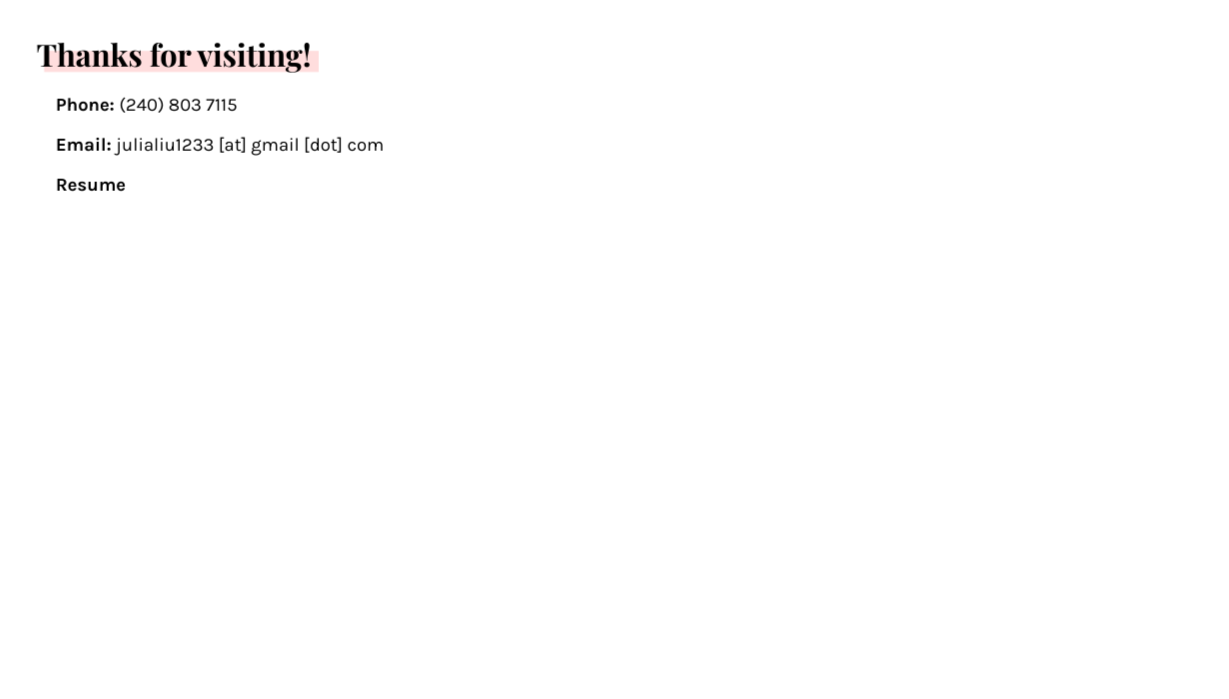
Repository: liu-julia/liu-julia.github.io
Page: contact.html
An editor plug-in stored every save of this project. The page is shown before and after a run of saves, followed by the edit.
The browser window is 1280 px wide. The pictures show the whole page, at 96% of full size.

Above is the page before, as saved 2022-04-28 12:26:08.

### contact.html
<!DOCTYPE html>
<html lang="en">
<head>
    <meta charset="UTF-8">
    <meta http-equiv="X-UA-Compatible" content="IE=edge">
    <meta name="viewport" content="width=device-width, initial-scale=1.0">
    <link rel="preconnect" href="https://fonts.googleapis.com">
    <link rel="preconnect" href="https://fonts.gstatic.com" crossorigin>
    <link href="https://fonts.googleapis.com/css2?family=Karla:wght@300;400;700&family=Open+Sans:wght@300;400;700&family=Playfair+Display:wght@400;700&family=Prata&display=swap" rel="stylesheet">
    <link rel="stylesheet" href="css/styles.css">
    <link rel="icon" href="images/jllogo.png">
    <script src="js/scripts.js"></script>
    <title>Julia Liu</title>
</head>
<body>
    <header id="topbar">
        <img id="logo" src="images/jllogo.png" alt="JL logo">
        <div id="navbar">
            <a class="hl_hover" href="index.html">Projects</a>
            <a class="hl_hover" href="about.html">About</a>
            <a class="highlighted" href="contact.html">Contact</a>
        </div>
    </header>
    <div id="content">

        <div id="foot">
            <h3 class="highlighted">Thanks for visiting!</h3>
            <div>
                <p><b>Phone: </b> (240) 803 7115</p>
                <p><b>Email: </b> juli<!--anti spam-->aliu1233 <!--anti spam--> [at] gmai<!--anti spam-->l [dot] com</p>
                <a href="JuliaLiu.pdf"><b>Resume</b></a>
            </div>
        </div>
    </div>
</body>
</html>

### css/styles.css
:root {
    font-family: 'Karla', sans-serif;
}
html {
    height: 100%;
}
header {
    position: fixed;
    top: 0;
    left: 0;
    right: 0;
    width: 100%;
    height: 60px;
    background-color: white;
    z-index: 1;
    box-shadow: 0 0 10px #FFFFFF;
    transition: top .2s;
}
#logo {
    width: 25px;
    height: 35px;
    padding: 13px;
}
#navbar {
    float: right;
}
#navbar a {
    position: relative;
    top: 10px;
    margin-right: 25px;
    align-self: center;
    color: black;
}
body {
    height: 100%;
}
#content {
    height: 100%;
}
h1 {
    font-family: 'Prata', serif;
    font-weight: 400;
    font-size: 6em;
}
#top {
    height: 100%;
}
h1{
    position: absolute;
    bottom: 12rem;
    left: 1rem;
    right: 1rem;
    text-align: center;
    margin: auto;
    width: 75%;
}
h1.highlighted::before {
    content: "";
    position: absolute;
    width: 100%;
    background: #ffdddd;
    left: .25em;
    bottom: .15em;
    height: .7em;
    z-index: -1;
    animation: highlightAnimation ease 3s;
    animation-iteration-count: 1;
    animation-fill-mode: forwards;
}

@keyframes highlightAnimation {
    0% {
        transform: scaleX(0);
        transform-origin: left;
    }
    100% {
        transform: scaleX(1);
        transform-origin: left;
     }
}

#navbar a.highlighted::before {
    content: "";
    position: absolute;
    width: 100%;
    background: #ffdddd;
    left: .25em;
    bottom: .05em;
    height: .7em;
    z-index: -1;
}
.hl_hover::before {
    content: "";
    position: absolute;
    width: 100%;
    background: #ffdddd;
    left: .25em;
    bottom: .05em;
    height: .7em;
    z-index: -1;
    transition: transform 0.5s;
    transform: scaleX(0);
    transform-origin: right;
}
.hl_hover:hover::before {
    transform: scaleX(1);
    transform-origin: left;
}
h2 {
    font-family: 'Playfair Display', serif;
    font-size: 3em;
}
h3 {
    font-family: 'Playfair Display', serif;
    font-size: 2em;

}
h3.highlighted::before {
    content: "";
    position: absolute;
    width: 100%;
    background: #ffdddd;
    left: .25em;
    bottom: .05em;
    height: .7em;
    z-index: -1;
}
#navbar a {
    font-family: 'Playfair Display', serif;
    font-size: 1.5em;
    font-weight: 700;
    text-decoration: none;
}
p {
    font-size: 1.2rem;
}
#head_desc {
    font-size: 1.5em;
    font-weight: 400;
    position: absolute;
    bottom: 6rem;
    width: 90%;
    left: 1rem;
    right: 1rem;
    text-align: center;
    margin: auto;
    width: 75%;
}
.project {
    display: flex;
    align-items: center;
}
#face {
    position: absolute;
    width: 350px;
    height: 350px;
    top: 5rem;
    left: 30rem;
    right: 30rem;
    border-radius: 2em;
    margin: auto;
    box-shadow: 2px 2px 10px #00000066;
}
#foot {
    padding-left: 30px;
    position: absolute;
    width: 90%;
    height: 40%;
}
#foot h3.highlighted {
    position: absolute;
    bottom: 65%;
}
#foot div {
    position: absolute;
    bottom: 25%;
    padding: 20px;
}
a {
    color: black;
    text-decoration: underline;
    text-decoration-color: #ffb4b400;
    transition: text-decoration ease-in .2s;
}
#foot a {
    font-size: 1.2rem;
}
a:hover {
    text-decoration-color: #ffb4b4;
}
#construction {
    height: 100%;
}

body {
    animation: fadeInAnimation ease 2s;
    animation-iteration-count: 1;
    animation-fill-mode: forwards;
}

@keyframes fadeInAnimation {
    0% {
        opacity: 0;
    }
    100% {
        opacity: 1;
     }
}
.project {
    width: 80%;
    display: flex;
    margin: auto;
    height: 40%;
    padding: 2.5rem;
}
.project img {
    max-width: 40%;
    max-height: 100%;
    box-shadow: 2px 2px 10px #00000066;
    border-radius: 2rem;
    margin: 2em;
}
.project-text {
    width: 50%;
}

### js/scripts.js
var prevScrollpos = window.pageYOffset;
window.onscroll = function() {
  var currentScrollPos = window.pageYOffset;
  if (prevScrollpos > currentScrollPos) {
    document.getElementById("topbar").style.top = "0";
  } else {
    document.getElementById("topbar").style.top = "-70px";
  }
  prevScrollpos = currentScrollPos;
}

After the next 2 saves:
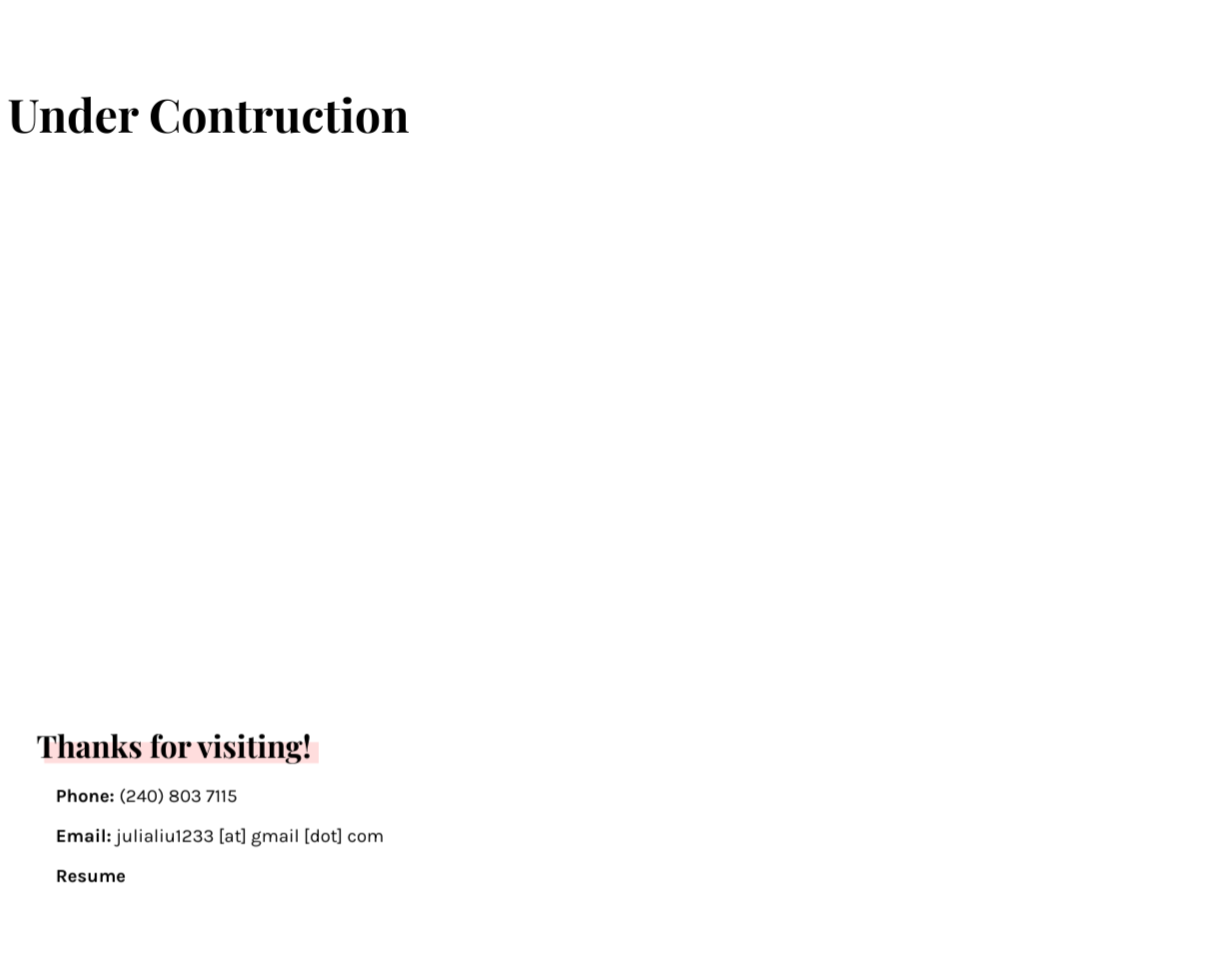
The 2 saves are shown as one change because they came seconds apart.
The last was saved 105 s later.
--- a/contact.html
+++ b/contact.html
@@ -22,7 +22,11 @@
         </div>
     </header>
     <div id="content">
-
+        <div id="construction">
+            <br>
+            <br>
+            <h2>Under Contruction</h2>
+        </div>
         <div id="foot">
             <h3 class="highlighted">Thanks for visiting!</h3>
             <div>
